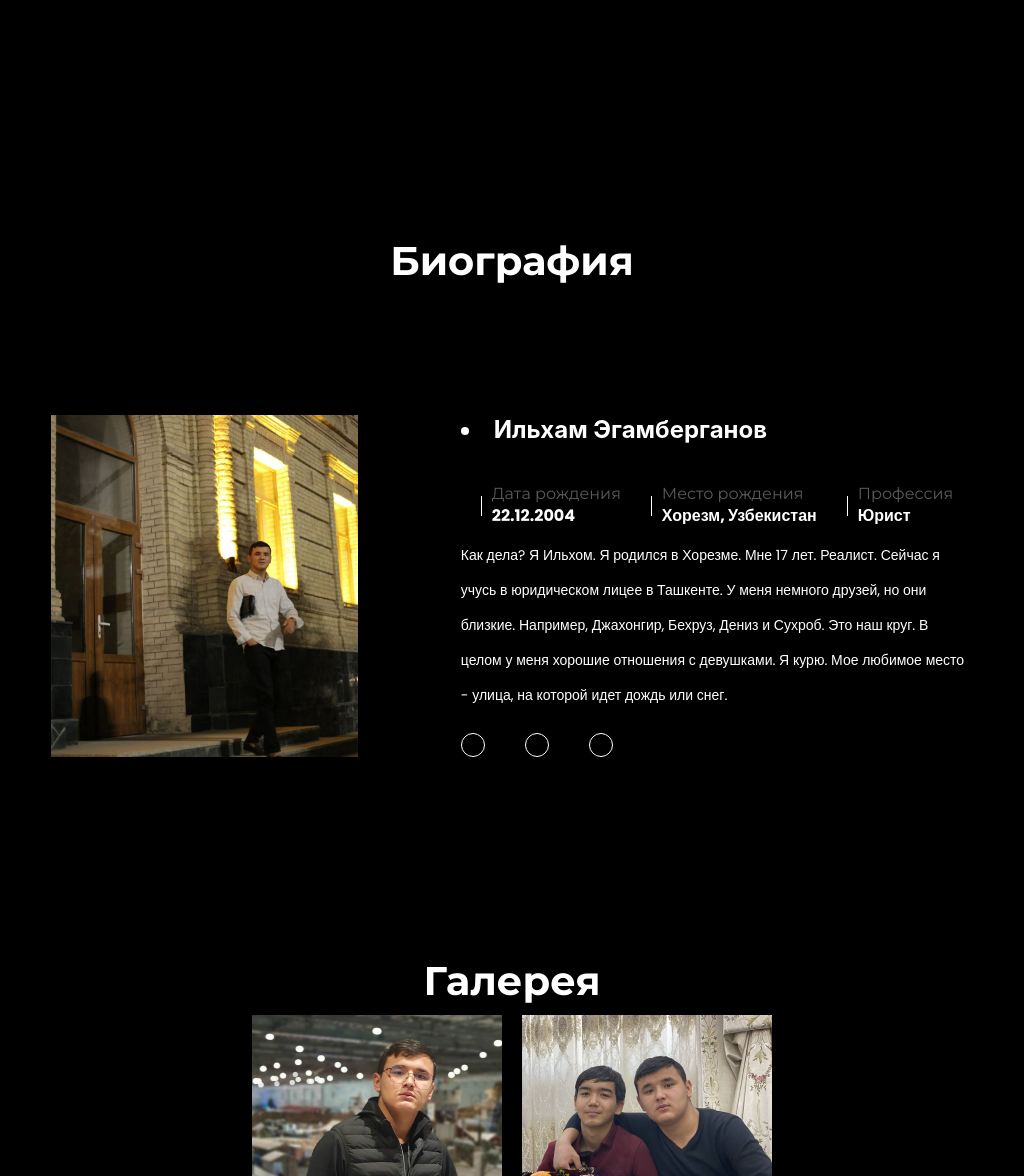
Repository: sardorexe/xishnik
Page: /
An editor plug-in stored every save of this project. The page is shown before and after the next save, followed by the edit.
The browser window is 1024 px wide. The pictures show the part of the page from y = 539 to 1715 px (the page is 2376 px tall).
Pictures or frames that could not be fetched are drawn as grey boxes. Some icons come from a web library that is not loaded, so they are not drawn. Some web libraries are served in a nearby version. The project was rebuilt for these pictures with package versions that can differ from the ones it lists, and the page was loaded fresh each time. Some packages were replaced by stand-ins written for this rebuild. The framework's server and built-in components were replaced by stand-ins that run in the browser. Also part of the build but not shown: next.config.js.

Above is the page before, as saved 2021-09-27 21:50:27.

### pages/_app.js
import "../styles/globals.css";
import Layout from "../comps/layout";
import Head from "next/head";
import AOS from "aos";

import "aos/dist/aos.css";
import { useEffect } from "react";

function MyApp({ Component, pageProps }) {
  useEffect(() => {
    AOS.init();
  }, []);
  return (
    <>
      <Head>
        <link
          rel="stylesheet"
          href="https://pro.fontawesome.com/releases/v5.10.0/css/all.css"
          integrity="sha384-AYmEC3Yw5cVb3ZcuHtOA93w35dYTsvhLPVnYs9eStHfGJvOvKxVfELGroGkvsg+p"
          crossorigin="anonymous"
        />
      </Head>
      <Layout>
        <Component {...pageProps} />
      </Layout>
    </>
  );
}

export default MyApp;

### pages/_document.js
import Document, { Html, Head, Main, NextScript } from "next/document";

class MyDocument extends Document {
  static async getInitialProps(ctx) {
    const initialProps = await Document.getInitialProps(ctx);
    return { ...initialProps };
  }

  render() {
    return (
      <Html lang="en">
        <Head />
        <body>
          <Main />
          <NextScript />
        </body>
      </Html>
    );
  }
}

export default MyDocument

### pages/index.js
import Head from "next/head";
import Biography from "../comps/Biography";
import Gallery from "../comps/Gallery";
import Header from "../comps/Header";

export default function Home() {
  return (
    <>
      <Head>
        <title>Xishnik</title>
        <meta name="description" content="Xishnik gang bang" />
        <link rel="preconnect" href="https://fonts.googleapis.com" />
        <link rel="preconnect" href="https://fonts.gstatic.com" crossOrigin />
        <link
          href="https://fonts.googleapis.com/css2?family=Montserrat:wght@100;300;400;700&family=Poppins:wght@300;400;500;700&family=Quicksand:wght@700&display=swap&family=Racing+Sans+One&display=swap"
          rel="stylesheet"
        />

      </Head>
      <Header />
      <Biography />
      <Gallery />
    </>
  );
}

### styles/globals.css
::-webkit-scrollbar {
  display: none;
}

html,
body {
  padding: 0;
  margin: 0;
  font-family: -apple-system, BlinkMacSystemFont, Segoe UI, Roboto, Oxygen,
    Ubuntu, Cantarell, Fira Sans, Droid Sans, Helvetica Neue, sans-serif;
  box-sizing: border-box;
}

h1,
h2,
h3,
h4,
h5,
h6,
p {
  margin: 0;
  padding: 0;
}

a {
  color: inherit;
  text-decoration: none;
}

* {
  box-sizing: border-box;
}

### comps/layout.js
import Indicator from "./Indicator";

export default function Layout({ children }) {
  return (
    <>
      <Indicator />
      {children}
    </>
  );
}

### comps/Biography.js
import styles from "../styles/Biography.module.css";
import { useState, useEffect } from "react";
import AboutBox from "./miniComp/AboutBox";
import SocialMedia from "./miniComp/SocialMedia";

export default function Biography() {
  const [age, setAge] = useState(0);

  const calcAge = () => {
    let date = new Date();
    setAge(date.getFullYear() - 2004);
  };

  useEffect(() => {
    calcAge();
  }, []);

  return (
    <main className={styles.container}>
      <h1
        data-aos-offset="300"
        data-aos="fade-up"
        className={styles.contentTitle}
      >
        Биография
      </h1>
      <div
        data-aos="fade-up"
        data-aos-offset="100"
        data-aos-delay="400"
        className={styles.parentContent}
      >
        <div className={styles.img}>
          <img
            src="/biography.jpg"
            width="100%"
            alt="xishnik, ilhom, xiwnik, hishnik, hiwnik, litsey, yurist, xorazm, gurlan"
          />
        </div>
        <div className={styles.content}>
          <h2>
            <li>Ильхaм Эгамберганов</li>
          </h2>
          <div className={styles.about}>
            <AboutBox
              icon="fal fa-calendar"
              title="Дата рождения"
              content="22.12.2004"
            />
            <AboutBox
              icon="fas fa-map-marker-alt"
              title="Место рождения"
              content="Хорезм, Узбекистан"
            />
            <AboutBox
              icon="fas fa-briefcase"
              title="Профессия"
              content="Юрист"
            />
          </div>
          <p className={styles.more}>
            Как дела? Я Ильхом. Я родился в Хорезме. Мне {age} лет. Реалист.
            Сейчас я учусь в юридическом лицее в Ташкенте. У меня немного
            друзей, но они близкие. Например, Джахонгир, Бехруз, Дениз и Сухроб.
            Это наш круг. В целом у меня хорошие отношения с девушками. Я курю.
            Мое любимое место - улица, на которой идет дождь или снег.
          </p>
          <div className={styles.social}>
            <SocialMedia
              icon="fab fa-instagram"
              url="https://instagram.com/xishnik_3583"
            />
            <SocialMedia icon="fas fa-phone" url="tel:+998974533583" />
            <SocialMedia
              icon="fab fa-telegram-plane"
              url="https://t.me/MR_ILKHAM"
            />
          </div>
        </div>
      </div>
      <div className={styles.freeContent}></div>
    </main>
  );
}

### comps/Gallery.js
import styles from "../styles/Gallery.module.css";

export default function Gallery() {
  return (
    <section className={styles.container}>
      <h1 className={styles.title}>Галерея</h1>
      <div className={styles.photos}>
        <div className={styles.photo}>
          <img
            src="/gallery1.jpg"
            alt="Xishnik jalla xishnik, ilhom, xiwnik, hishnik, hiwnik, litsey, yurist, xorazm, gurlan"
          />
        </div>
        <div className={styles.photo}>
          <img
            src="/gallery2.jpg"
            alt="Xishnik jalla xishnik, ilhom, xiwnik, hishnik, hiwnik, litsey, yurist, xorazm, gurlan"
          />
        </div>
        <div className={styles.photo}>
          <img
            src="/gallery3.jpg"
            alt="Xishnik jalla xishnik, ilhom, xiwnik, hishnik, hiwnik, litsey, yurist, xorazm, gurlan"
          />
        </div>
        <div className={styles.photo}>
          <img
            src="/gallery4.jpg"
            alt="Xishnik jalla xishnik, ilhom, xiwnik, hishnik, hiwnik, litsey, yurist, xorazm, gurlan"
          />
        </div>
        <div className={styles.photo}>
          <img
            src="/gallery5.jpg"
            alt="Xishnik jalla xishnik, ilhom, xiwnik, hishnik, hiwnik, litsey, yurist, xorazm, gurlan"
          />
        </div>
        <div className={styles.photo}>
          <img
            src="/gallery6.jpg"
            alt="Xishnik jalla xishnik, ilhom, xiwnik, hishnik, hiwnik, litsey, yurist, xorazm, gurlan"
          />
        </div>
      </div>
      <div className={styles.freeSpace}></div>
    </section>
  );
}

### comps/Header.js
import styles from "../styles/Home.module.css";

export default function Header() {
  return (
    <>
      <header className={styles.header}>
        <div className={styles.background}>
          <video loop muted autoPlay src="/background.mp4"></video>
        </div>
        <div className={styles.content}>
          <div
            data-aos="fade-up"
            data-aos-delay="200"
            data-aos-duration="400"
            className={styles.textContent}
          >
            <h1>XISHNIK GANG</h1>
            <li> -- Я получу всё что хочу</li>
          </div>
        </div>
      </header>
    </>
  );
}

### comps/Indicator.js
import { useState, useEffect } from "react";

export default function Indicator() {
  const [width, setWidth] = useState(0);
  const watchScrolling = () => {
    let winScroll =
      document.body.scrollTop || document.documentElement.scrollTop;
    let height =
      document.documentElement.scrollHeight -
      document.documentElement.clientHeight;
    let scrolled = (winScroll / height) * 100;
    setWidth(scrolled);
  };

  useEffect(() => {
    window.onscroll = function () {
      watchScrolling();
    };
  }, [width]);

  return (
    <>
      <div className="indicator"></div>
      <style jsx>{`
        .indicator {
          position: fixed;
          top: 0;
          left: 0;
          width: ${width}%;
          height: 4px;
          background: #fff;
          z-index: 99999999;
        }
      `}</style>
    </>
  );
}

### styles/Biography.module.css
.container {
  background: #000;
  display: flex;
  flex-direction: column;
  justify-content: space-between;
  align-items: center;
  color: #fff;
  min-height: 100vh;
}

.contentTitle {
  font-family: "Montserrat", sans-serif;
  font-weight: bold;
  margin-top: 55px;
  font-size: 40px;
}

.parentContent {
  display: flex;
  flex-direction: row;
  justify-content: space-around;
  width: 100%;
}

.content {
  display: flex;
  flex-direction: column;
  align-items: flex-start;
  justify-content: space-around;
  width: 50%;
}

.content h2 {
  margin-bottom: 40px;
}

.img {
  overflow: hidden;
  width: 30%;
}

.img img {
  width: 100%;
  height: 100%;
  object-fit: cover;
}

.about {
  display: flex;
  flex-direction: row;
  align-items: center;
  justify-content: space-between;
  flex-wrap: wrap;
}

.more {
  font-family: "Poppins", sans-serif;
  font-weight: medium;
  line-height: 35px;
}

.social {
  display: flex;
  flex-direction: row;
  align-items: flex-start;
  margin-top: 20px;
}

.freeContent {
  margin-top: 15px;
}

@media (max-width: 1089px) {
  .more {
    font-size: 14px;
  }
}

### comps/miniComp/AboutBox.js
export default function AboutBox({ icon, title, content }) {
  return (
    <>
      <div className="aboutBox">
        <div className="icon">
          <i className={icon}></i>
        </div>
        <div className="text">
          <p className="title">{title}</p>
          <p className="content">{content}</p>
        </div>
      </div>
      <style jsx>{`
        .aboutBox {
          display: flex;
          flex-direction: row;
          align-items: center;
          justify-content: center;
          margin: 0 10px 10px 0;
        }

        .icon {
          display: flex;
          align-items: center;
          justify-content: center;
          margin-right: 10px;
          padding: 10px;
          border-right: 1px solid #fff;
        }

        .title {
          font-family: "Montserrat", sans-serif;
          color: #5a5a5a;
        }

        .content {
          font-family: "Poppins", sans-serif;
          font-weight: bold;
        }

        .icon i {
          color: #fff;
        }
      `}</style>
    </>
  );
}

### comps/miniComp/SocialMedia.js
import styles from "../../styles/Social.module.css";
import Link from "next/link";

export default function SocialMedia({ icon, url }) {
  return (
    <Link href={url}>
      <a className={styles.button} target="_blank">
        <span className={styles.background}></span>
        <i className={icon}></i>
      </a>
    </Link>
  );
}

### styles/Gallery.module.css
.container {
  min-height: 100vh;
  background: #000;
  color: #fff;
  display: flex;
  flex-direction: column;
  align-items: center;
  justify-content: space-between;
}

.title {
  font-family: "Montserrat", sans-serif;
  font-weight: bold;
  padding-top: 55px;
  font-size: 40px;
  text-align: center;
}

.photos {
  width: 70%;
  display: flex;
  flex-direction: row;
  justify-content: center;
  align-items: center;
  flex-wrap: wrap;
}

.photo {
  margin: 10px;
}

.freeSpace {
  margin-top: 10px;
}

@media (max-width: 1089px) {

}

### styles/Home.module.css
.header {
  background-color: #000;
  height: 100vh;
  display: flex;
  justify-content: center;
  align-items: center;
}

.background {
  width: 80%;
  height: 100vh;
  position: absolute;
  top: 0;
  left: 0;
}

.background video {
  object-fit: cover;
  width: 40%;
  height: 100%;
  opacity: 0.6;
}

.content {
  margin-left: 80px;
  width: 60%;
  height: 100%;
  z-index: 9999;
  display: flex;
  justify-content: center;
  align-items: center;
  background: rgb(0, 0, 0);
}

.content h1 {
  border-bottom: 1px solid #fff;
  font-family: "Racing Sans One", cursive;
  font-size: 46px;
  margin: 0;
  font-weight: 700;
  z-index: 9999;
  color: #fff;
  margin-bottom: 10px;
}

.content li {
  color: rgba(255, 255, 255, 0.274);
  font-family: "Inter", sans-serif;
  font-weight: lighter;
}

@media (max-width: 1089px) {
  .background {
    width: 100%;
  }

  .background video {
    width: 45%;
  }
}

### styles/Social.module.css
.button {
  position: relative;
  border: 1px solid #fff;
  padding: 11px;
  display: flex;
  justify-content: center;
  align-items: center;
  border-radius: 50px;
  overflow: hidden;
  margin-right: 40px;
}

.background {
  position: absolute;
  top: 0;
  left: 0;
  width: 100%;
  height: 100%;
  background-color: #fff;
  transform: scaleY(0);
  transform-origin: top center;
  transition: transform 0.3s cubic-bezier(0.445, 0.05, 0.55, 0.95);
}

.button:hover .background {
  transform-origin: bottom center;
  transform: scaleY(1);
}

.button i {
  color: #fff;
  z-index: 1;
  font-size: 20px;
  transition: color 0.3s ease;
}

.button:hover i {
    color: #000;
}

After the next save:
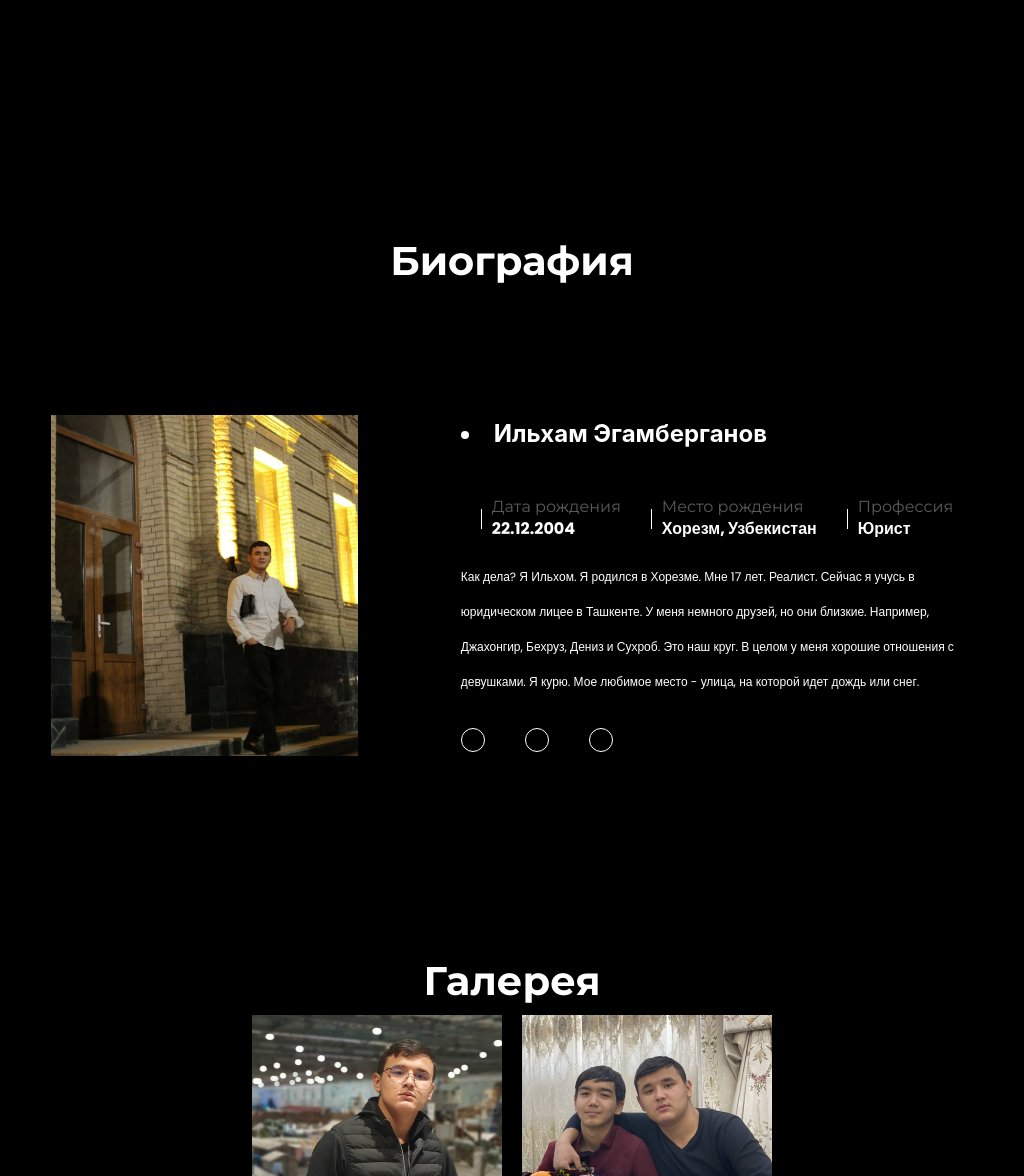
Saved 8 s later.
--- a/styles/Biography.module.css
+++ b/styles/Biography.module.css
@@ -72,6 +72,6 @@
 
 @media (max-width: 1089px) {
   .more {
-    font-size: 14px;
+    font-size: 12px;
   }
 }
